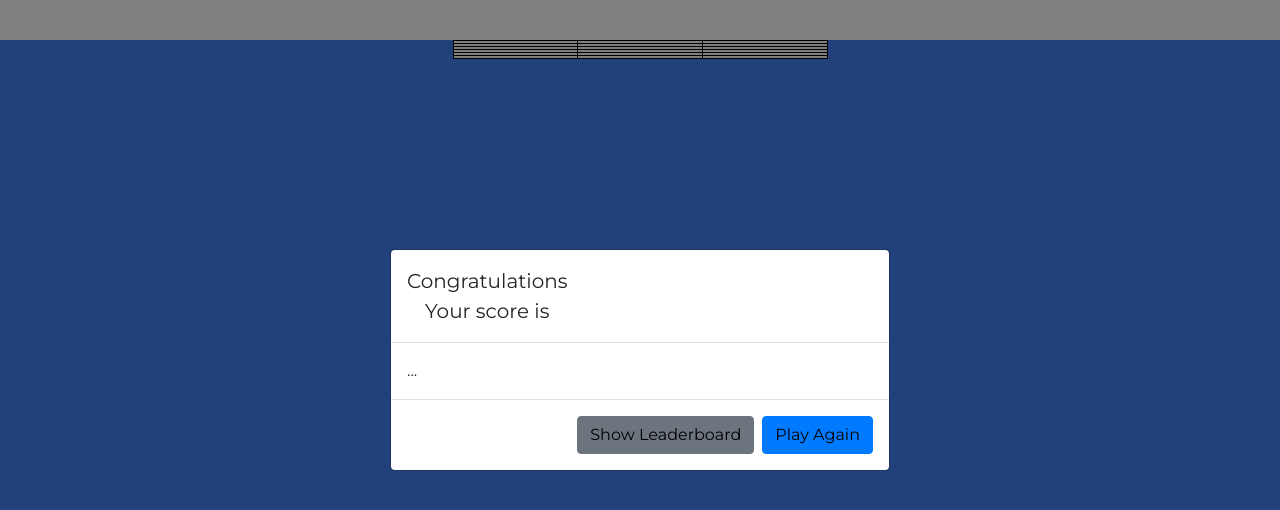
Repository: Code-Institute-Submissions/quiz-1
Page: leaderboard.html
The author's editor kept a record of every edit. The page is drawn from the files as they stood at one moment, then again after the next edit.
The browser window is 1280 px wide. The pictures show the window.
A layer covers the whole window, so only the first screen is drawn.

Above is the page before.

### leaderboard.html
<!DOCTYPE html>
<html lang="en">

<head>
    <meta charset="UTF-8">
    <meta name="viewport" content="width=device-width, initial-scale=1.0">
    <meta http-equiv="X-UA-Compatible" content="ie=edge">
    <link rel="stylesheet" href="https://stackpath.bootstrapcdn.com/bootstrap/4.4.1/css/bootstrap.min.css" type="text/css" />
    <link rel="stylesheet" href="https://stackpath.bootstrapcdn.com/font-awesome/4.7.0/css/font-awesome.min.css" type="text/css" />
    <link href="https://fonts.googleapis.com/css2?family=Montserrat&display=swap" rel="stylesheet">
    <link rel="stylesheet" href="assets/css/style.css" type="text/css" />
    <script src="https://cdnjs.cloudflare.com/ajax/libs/jquery/3.5.0/jquery.min.js" integrity="sha256-xNzN2a4ltkB44Mc/Jz3pT4iU1cmeR0FkXs4pru/JxaQ=" crossorigin="anonymous"></script>
    <script type="text/javascript" src="assets/js/modal-score.js"></script>
    <title>Quiz</title>
</head>

<body>
    <div class="container-fluid home">
        <div class="modal fade" id="exampleModalCenter" tabindex="-1" role="dialog" aria-labelledby="exampleModalCenterTitle" aria-hidden="true">
            <div class="modal-dialog modal-dialog-centered" role="document">
                <div class="modal-content">
                    <div class="modal-header">
                        <h5 class="modal-title" id="exampleModalLongTitle">Congratulations<br>Your score is</h5>
                    </div>
                    <div class="modal-body">
                        ...
                    </div>
                    <div class="modal-footer">
                        <button type="button" class="btn btn-secondary" data-dismiss="modal">Show Leaderboard</button>
                        <button type="button" class="btn btn-primary">Play Again</button>
                    </div>
                </div>
            </div>
        </div>
        <div>
            <table>
                <tr>
                    <th></th>
                    <th></th>
                    <th></th>
                </tr>
                <tr>
                    <td></td>
                    <td></td>
                    <td></td>
                </tr>
                <tr>
                    <td></td>
                    <td></td>
                    <td></td>
                </tr>
                <tr>
                    <td></td>
                    <td></td>
                    <td></td>
                </tr>
                <tr>
                    <td></td>
                    <td></td>
                    <td></td>
                </tr>
                <tr>
                    <td></td>
                    <td></td>
                    <td></td>
                </tr>
            </table>
        </div>
    </div>
    <footer class="container-fluid">
        <div id="footer-details" class="row">
            <div class="col-sm">
                <h4 class="uppercase footer-info">Social Links</h4>
                <ul class="list-inline social-links">
                    <li class="list-inline-item">
                        <a target="_blank" href="#">
                            <i class="fa fa-facebook fa-3x" aria-hidden="true"></i>
                            <span class="sr-only">Facebook</span>
                        </a>
                    </li>
                    <li class="list-inline-item">
                        <a target="_blank" href="#">
                            <i class="fa fa-twitter fa-3x" aria-hidden="true"></i>
                            <span class="sr-only">Twitter</span>
                        </a>
                    </li>
                    <li class="list-inline-item">
                        <a target="_blank" href="#">
                            <i class="fa fa-linkedin fa-3x" aria-hidden="true"></i>
                            <span class="sr-only">LinkedIn</span>
                        </a>
                    </li>
                    <li class="list-inline-item">
                        <a target="_blank" href="#">
                            <i class="fa fa-pinterest fa-3x" aria-hidden="true"></i>
                            <span class="sr-only">pinterest</span>
                        </a>
                    </li>
                    <li class="list-inline-item">
                        <a target="_blank" href="#">
                            <i class="fa fa-instagram fa-3x" aria-hidden="true"></i>
                            <span class="sr-only">Instagram</span>
                        </a>
                    </li>
                    <li class="list-inline-item">
                        <a target="_blank" href="#">
                            <i class="fa fa-youtube fa-3x" aria-hidden="true"></i>
                            <span class="sr-only">Youtube</span>
                        </a>
                    </li>
                </ul>
                <div class="copyright">
                    <p>Copyright &#169; Quiz<br>Website by Joseph Kelly</p>
                </div>
            </div>
        </div>
    </footer>
    <script src="https://code.jquery.com/jquery-3.3.1.slim.min.js" integrity="sha384-q8i/X+965DzO0rT7abK41JStQIAqVgRVzpbzo5smXKp4YfRvH+8abtTE1Pi6jizo" crossorigin="anonymous"></script>
    <script src="https://cdnjs.cloudflare.com/ajax/libs/popper.js/1.14.7/umd/popper.min.js" integrity="sha384-UO2eT0CpHqdSJQ6hJty5KVphtPhzWj9WO1clHTMGa3JDZwrnQq4sF86dIHNDz0W1" crossorigin="anonymous"></script>
    <script src="https://stackpath.bootstrapcdn.com/bootstrap/4.3.1/js/bootstrap.min.js" integrity="sha384-JjSmVgyd0p3pXB1rRibZUAYoIIy6OrQ6VrjIEaFf/nJGzIxFDsf4x0xIM+B07jRM" crossorigin="anonymous"></script>
</body>

</html>

### assets/css/style.css
body {
  font-family: 'Montserrat', sans-serif;
}



/*--------------------------- home --------------- */

.home {
  background-color: #4582F4;
  height: 765px;
}

.info {
  font-family: 'Montserrat', sans-serif;
  text-align: center;
  padding-top: 40px;
  width: 50%;
  margin: auto;
}

.load {
  display: flex;
  justify-content: center;
  align-items: center;
  padding-top: 40px;
  padding-bottom: 40px;
}

.load-button {
  background-color: #1D2129;
  webkit-appearance: button;
  -moz-appearance: button;
  appearance: button;

  text-decoration: none;
  color: #fafafa;
  padding: 10px;
  border-radius: 5px;
}

/*--------------------------- animation --------------- */

.quiz-time {
  text-align: center;
  padding-top: 100px;
  width: 100vw;
  font-family: 'Montserrat', sans-serif;
  display: flex;
  justify-content: center;
  align-items: center;
  margin: -20px;
}

h1 span {
  position: relative;
  top: 20px;
  display: inline-block;
  -webkit-animation: bounce 0.3s ease infinite alternate;
  font-size: 100px;
  color: #fff;
  text-shadow: 0 1px 0 #ccc, 0 2px 0 #ccc, 0 3px 0 #ccc, 0 4px 0 #ccc,
  0 5px 0 #ccc, 0 6px 0 transparent, 0 7px 0 transparent, 0 8px 0 transparent,
  0 9px 0 transparent, 0 10px 10px rgba(0, 0, 0, 0.4);
}

h1 span:nth-child(2) {
  -webkit-animation-delay: 0.1s;
}

h1 span:nth-child(3) {
  -webkit-animation-delay: 0.2s;
}

h1 span:nth-child(4) {
  -webkit-animation-delay: 0.3s;
}

h1 span:nth-child(5) {
  -webkit-animation-delay: 0.4s;
}

h1 span:nth-child(6) {
  -webkit-animation-delay: 0.5s;
}

h1 span:nth-child(7) {
  -webkit-animation-delay: 0.6s;
}

h1 span:nth-child(8) {
  -webkit-animation-delay: 0.2s;
}

h1 span:nth-child(9) {
  -webkit-animation-delay: 0.3s;
}

h1 span:nth-child(10) {
  -webkit-animation-delay: 0.4s;
}

h1 span:nth-child(11) {
  -webkit-animation-delay: 0.5s;
}

h1 span:nth-child(12) {
  -webkit-animation-delay: 0.6s;
}

h1 span:nth-child(13) {
  -webkit-animation-delay: 0.7s;
}

h1 span:nth-child(14) {
  -webkit-animation-delay: 0.8s;
}

/* ANIMATION */

@-webkit-keyframes bounce {
  100% {
    top: -20px;
    text-shadow: 0 1px 0 #ccc, 0 2px 0 #ccc, 0 3px 0 #ccc, 0 4px 0 #ccc,
    0 5px 0 #ccc, 0 6px 0 #ccc, 0 7px 0 #ccc, 0 8px 0 #ccc, 0 9px 0 #ccc,
    0 50px 25px rgba(0, 0, 0, 0.2);
  }
}

/*--------------------------- footer --------------- */

footer {
  color: #fafafa;
  padding-top: 25px;
  background-color: #B2B5B9;
  display: inline-block;
}

.footer-info {
  font-weight: bold;
  text-align: center;
  color: #000000;
}

.list-inline-item {
  margin-left: 10px;
  margin-right: 10px;
}

.uppercase {
  text-transform: uppercase;
}

.social-links {
  text-align: center;
  color: #000000;
}

.copyright {
  text-align: center;
  color: #000000;
}

/*--------------------------- Quiz Loading --------------- */

.select-amount {
  width: 30%;
  margin-top: 200px;
  margin-bottom: 20px;
  margin-right: 35%;
  margin-left: 35%;
}

.select-category {
  width: 30%;
  margin-top: 20px;
  margin-bottom: 20px;
  margin-right: 35%;
  margin-left: 35%;
}

.select-difficulty {
  width: 30%;
  margin-top: 20px;
  margin-bottom: 20px;
  margin-right: 35%;
  margin-left: 35%;
}

.select-type {
  width: 30%;
  margin-top: 20px;
  margin-bottom: 40px;
  margin-right: 35%;
  margin-left: 35%;
}

/*--------------------------- timer --------------- */

.countdown {
  margin: 0 auto;
  max-width: 350px;
  background: #ff0000;
  font-family: Impact, Charcoal, sans-serif;
  text-align: center;
}

.countdown .header {
  color: #c61d1d;
  text-align: center;
  font-weight: normal;
  margin: 5px 0 10px 0;
}

.countdown .square {
  display: inline-block;
  padding: 10px;
  margin: 5px;
}

.countdown .digits {
  font-size: 24px;
  background: #fff;
  color: #000;
  padding: 20px 10px;
  border-radius: 5px;
}

.countdown .text {
  margin-top: 10px;
  color: #ddd;
}

/*--------------------------- quiz page --------------- */

.btn {
  color: #000000;
}

.mute-button {
  margin-top: 20px;
  float: right;
}

.countdown-quiz {
  margin: 0 auto;
  max-width: 350px;
  background: #ff0000;
  font-family: Impact, Charcoal, sans-serif;
  text-align: center;
  clear: both;
}

.countdown-quiz .header {
  color: #c61d1d;
  text-align: center;
  font-weight: normal;
  margin: 5px 0 10px 0;
}

.countdown-quiz .square {
  display: inline-block;
  padding: 10px;
  margin: 5px;
}

.countdown-quiz .digits {
  font-size: 24px;
  background: #fff;
  color: #000;
  padding: 20px 10px;
  border-radius: 5px;
}

.countdown-quiz .text {
  margin-top: 10px;
  color: #ddd;
}

.carousel-item{
    height: 400px;
}

#question-1,
#question-2,
#question-3,
#question-4,
#question-5,
#question-6,
#question-7,
#question-8,
#question-9,
#question-10,
#question-11,
#question-12,
#question-13,
#question-14,
#question-15,
#question-16,
#question-17,
#question-18,
#question-19,
#question-20 {
  padding-top: 20px;
  text-align: center;
}

#answers {
  padding-top: 20px;
  padding-left: 20%;
  padding-right: 20%;
  margin: auto;
  width: 50%;
}

#choice-a {
  padding: 15px;
}

#choice-b {
  padding-left: 50px;
}

#choice-c {
  padding-top: 20px;
  padding-right: 50px;
}

#choice-d {
  padding-top: 20px;
  padding-left: 50px;
}

/*--------------------------- Leaderboard page --------------- */

.leaderboard-title {
  text-align: center;
  width: 30%;
  margin-left: auto;
  margin-right: auto;
  padding-top: 30px;
}

.modal-title {
  text-align: center;
}

table {
  margin-top: 40px;
  margin-left: auto;
  margin-right: auto;
}

table,
th,
td {
  border: solid 1px black;
  background-color: white;
  text-align: center;
  width: 30%;
}

### assets/js/modal-score.js
 $(window).on('load',function(){
        $('#exampleModalCenter').modal('show');
    });

    // displays modal on page load

After the next edit:
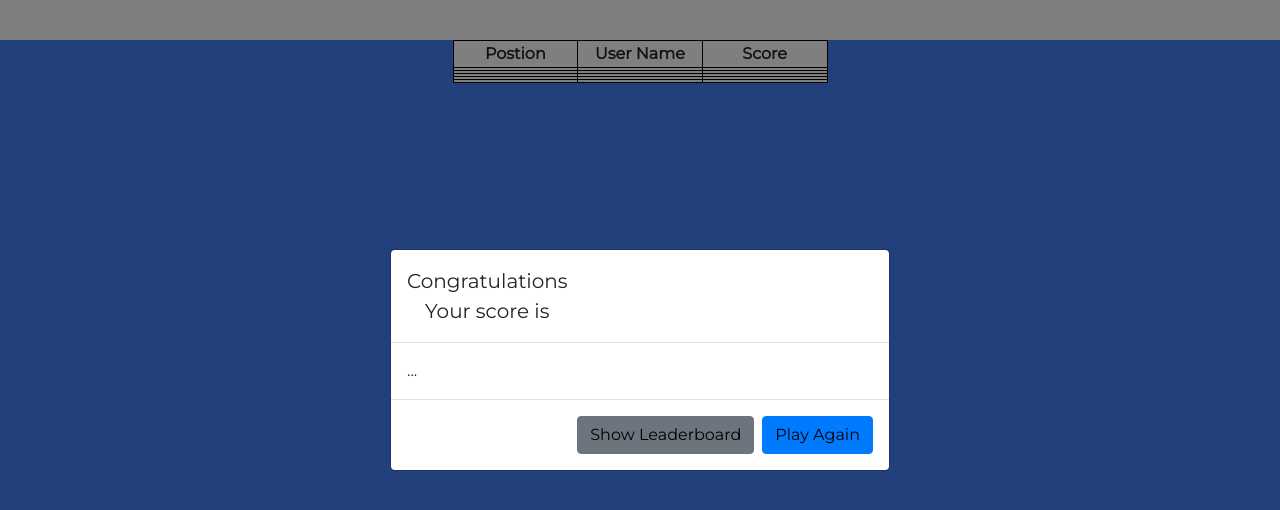
The edit:
--- a/leaderboard.html
+++ b/leaderboard.html
@@ -35,9 +35,9 @@
         <div>
             <table>
                 <tr>
-                    <th></th>
-                    <th></th>
-                    <th></th>
+                    <th>Postion</th>
+                    <th>User Name</th>
+                    <th>Score</th>
                 </tr>
                 <tr>
                     <td></td>
